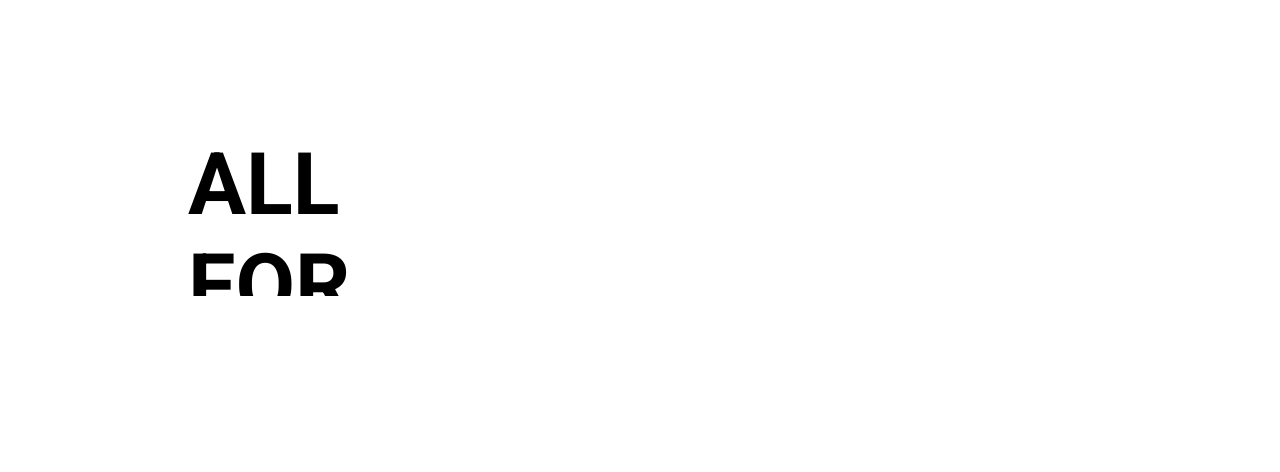
Repository: itson1115/chan_git
Page: cat/index.html
These files come from the project's save history. The page is drawn as it stood at one moment and after a run of saves; the edit follows.
The browser window is 1280 px wide. The pictures show the whole page.

Above is the page before, as saved 2021-09-01 17:52:46.

After the next 5 saves:
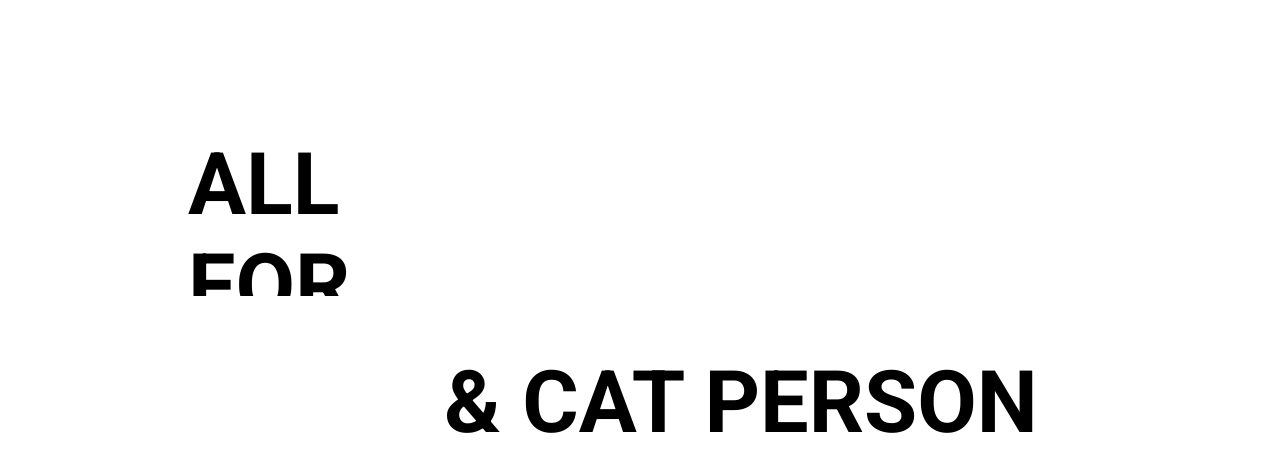
The 5 saves are shown as one change because they came seconds apart.
The last was saved 16 s later.
--- a/cat/css/style.css
+++ b/cat/css/style.css
@@ -71,7 +71,7 @@
 .animated-title > div.text-bottom {
   bottom: 0;
   animation: showBottomTextSlideIn var(--title-rect-show-duration) forwards,
-    hideRect var(--title-rect-show-duration)
+  showBottomTextSlideOut var(--title-rect-show-duration)
       calc(
         var(--title-text-show-delay) + var(--title-text-show-duration) +
           var(--title-rect-show-duration)
